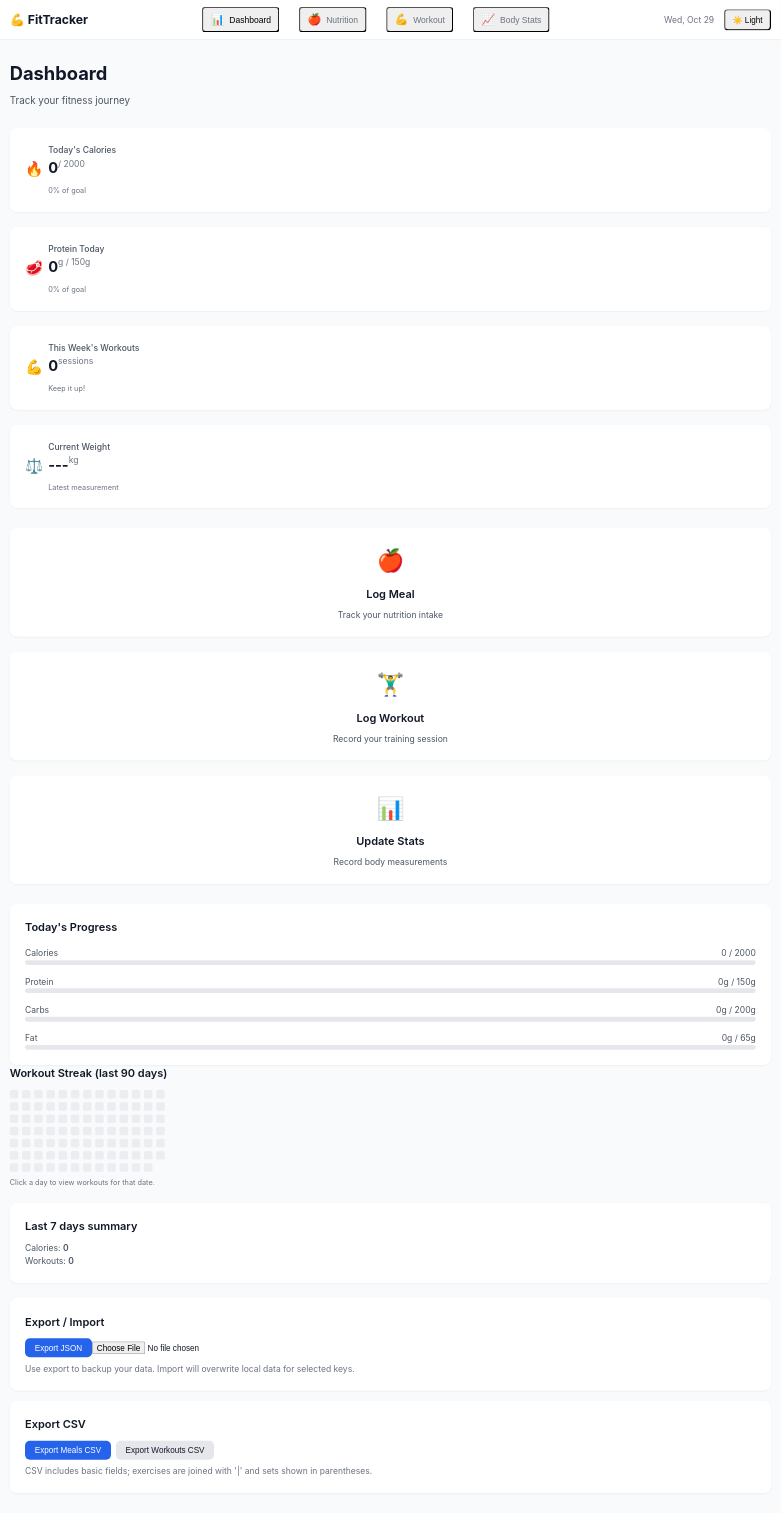
Repository: Apoorv888/Fitness-App
Page: /
An editor plug-in stored every save of this project. The page is shown before and after the next save, followed by the edit.
The browser window is 1280 px wide. The pictures show the whole page, at 61% of full size.
The project was rebuilt for these pictures with package versions that can differ from the ones it lists, and the page was loaded fresh each time. Also part of the build but not shown: vite.config.ts, src/components/MealForm.tsx, src/components/MealList.tsx, src/components/GoalsForm.tsx, src/components/NutritionCharts.tsx, src/pages/Nutrition.tsx, src/components/WorkoutForm.tsx, src/components/WorkoutList.tsx and 9 more.

Above is the page before, as saved 2025-10-31 10:33:50.

### index.html
<!doctype html>
<html lang="en">
  <head>
    <meta charset="UTF-8" />
    <link rel="icon" type="image/svg+xml" href="/vite.svg" />
    <meta name="viewport" content="width=device-width, initial-scale=1.0" />
    <title>fitness-app</title>
  </head>
  <body>
    <div id="root"></div>
    <script type="module" src="/src/main.tsx"></script>
  </body>
</html>

### src/main.tsx
import { StrictMode, useEffect } from 'react'
import { createRoot } from 'react-dom/client'
import './index.css'
import App from './App.tsx'
import { useMealStore } from './store/mealStore'
import { useWorkoutStore } from './store/workoutStore'
import { useBodyStatsStore } from './store/bodyStatsStore'
import { useGoalsStore } from './store/goalsStore'

function Boot() {
  const { loadMeals } = useMealStore();
  const { loadWorkouts } = useWorkoutStore();
  const { loadBodyStats } = useBodyStatsStore();
  const { loadGoals } = useGoalsStore();

  useEffect(() => {
    loadMeals();
    loadWorkouts();
    loadBodyStats();
    loadGoals();
  }, []);

  return <App />;
}

createRoot(document.getElementById('root')!).render(
  <StrictMode>
    <Boot />
  </StrictMode>,
)

### src/index.css
/* Basic CSS styles for the fitness app */

* {
  margin: 0;
  padding: 0;
  box-sizing: border-box;
}

/* Theme variables */
:root {
  --bg: #f9fafb;
  --text: #111827;
  --card-bg: #ffffff;
  --muted: #6b7280;
  --primary: #2563eb;
  --primary-600: #1d4ed8;
  --btn-secondary: #e5e7eb;
}

[data-theme='dark'] {
  --bg: #0b1220;
  --text: #e6eef8;
  --card-bg: #0f1724;
  --muted: #94a3b8;
  --primary: #60a5fa;
  --primary-600: #3b82f6;
  --btn-secondary: #1f2937;
}

body {
  font-family: -apple-system, BlinkMacSystemFont, 'Segoe UI', 'Roboto', 'Oxygen',
    'Ubuntu', 'Cantarell', 'Fira Sans', 'Droid Sans', 'Helvetica Neue',
    sans-serif;
  background-color: var(--bg);
  color: var(--text);
  line-height: 1.6;
}

/* Utility classes */
.card {
  background: var(--card-bg);
  border-radius: 12px;
  box-shadow: 0 1px 3px 0 rgba(0, 0, 0, 0.06);
  border: 1px solid rgba(255,255,255,0.03);
  padding: 24px;
}

.btn-primary {
  background-color: var(--primary);
  color: white;
  font-weight: 500;
  padding: 8px 16px;
  border-radius: 8px;
  border: none;
  cursor: pointer;
  transition: background-color 0.2s;
}

.btn-primary:hover {
  background-color: var(--primary-600);
}

.btn-secondary {
  background-color: var(--btn-secondary);
  color: var(--text);
  font-weight: 500;
  padding: 8px 16px;
  border-radius: 8px;
  border: none;
  cursor: pointer;
  transition: background-color 0.2s;
}

.btn-secondary:hover {
  filter: brightness(0.95);
}

.input-field {
  display: block;
  width: 100%;
  border-radius: 8px;
  border: 1px solid #d1d5db;
  box-shadow: 0 1px 2px 0 rgba(0, 0, 0, 0.05);
  padding: 8px 12px;
  font-size: 14px;
}

.input-field:focus {
  outline: none;
  border-color: #2563eb;
  box-shadow: 0 0 0 1px #2563eb;
}

/* Layout utilities */
.flex {
  display: flex;
}

.flex-col {
  flex-direction: column;
}

.items-center {
  align-items: center;
}

.justify-between {
  justify-content: space-between;
}

.space-x-2 > * + * {
  margin-left: 8px;
}

.space-x-4 > * + * {
  margin-left: 16px;
}

.space-x-8 > * + * {
  margin-left: 32px;
}

.space-y-4 > * + * {
  margin-top: 16px;
}

.space-y-6 > * + * {
  margin-top: 24px;
}

/* Grid utilities */
.grid {
  display: grid;
}

.grid-cols-1 {
  grid-template-columns: repeat(1, minmax(0, 1fr));
}

.grid-cols-2 {
  grid-template-columns: repeat(2, minmax(0, 1fr));
}

.grid-cols-3 {
  grid-template-columns: repeat(3, minmax(0, 1fr));
}

.grid-cols-4 {
  grid-template-columns: repeat(4, minmax(0, 1fr));
}

.gap-4 {
  gap: 16px;
}

.gap-6 {
  gap: 24px;
}

/* Responsive grid */
@media (min-width: 768px) {
  .md\\:grid-cols-2 {
    grid-template-columns: repeat(2, minmax(0, 1fr));
  }
  .md\\:grid-cols-3 {
    grid-template-columns: repeat(3, minmax(0, 1fr));
  }
}

@media (min-width: 1024px) {
  .lg\\:grid-cols-4 {
    grid-template-columns: repeat(4, minmax(0, 1fr));
  }
}

/* Text utilities */
.text-xs { font-size: 12px; }
.text-sm { font-size: 14px; }
.text-base { font-size: 16px; }
.text-lg { font-size: 18px; }
.text-xl { font-size: 20px; }
.text-2xl { font-size: 24px; }
.text-3xl { font-size: 30px; }
.text-4xl { font-size: 36px; }

.font-medium { font-weight: 500; }
.font-semibold { font-weight: 600; }
.font-bold { font-weight: 700; }

.text-gray-500 { color: #6b7280; }
.text-gray-600 { color: #4b5563; }
.text-gray-700 { color: #374151; }
.text-gray-800 { color: #1f2937; }
.text-gray-900 { color: #111827; }

.text-blue-600 { color: #2563eb; }
.text-blue-700 { color: #1d4ed8; }
.text-green-600 { color: #16a34a; }
.text-orange-600 { color: #ea580c; }
.text-purple-600 { color: #9333ea; }

/* Spacing utilities */
.p-2 { padding: 8px; }
.p-3 { padding: 12px; }
.p-4 { padding: 16px; }
.p-6 { padding: 24px; }
.p-8 { padding: 32px; }

.px-3 { padding-left: 12px; padding-right: 12px; }
.px-4 { padding-left: 16px; padding-right: 16px; }
.px-6 { padding-left: 24px; padding-right: 24px; }
.px-8 { padding-left: 32px; padding-right: 32px; }

.py-2 { padding-top: 8px; padding-bottom: 8px; }
.py-4 { padding-top: 16px; padding-bottom: 16px; }
.py-8 { padding-top: 32px; padding-bottom: 32px; }
.py-12 { padding-top: 48px; padding-bottom: 48px; }

.mt-2 { margin-top: 8px; }
.mt-4 { margin-top: 16px; }
.mb-2 { margin-bottom: 8px; }
.mb-3 { margin-bottom: 12px; }
.mb-4 { margin-bottom: 16px; }
.mb-8 { margin-bottom: 32px; }

/* Layout utilities */
.w-full { width: 100%; }
.h-2 { height: 8px; }
.h-16 { height: 64px; }
.min-h-screen { min-height: 100vh; }
.max-w-7xl { max-width: 1280px; }
.mx-auto { margin-left: auto; margin-right: auto; }

/* Background utilities */
.bg-white { background-color: white; }
.bg-gray-50 { background-color: #f9fafb; }
.bg-gray-200 { background-color: #e5e7eb; }
.bg-blue-50 { background-color: #eff6ff; }
.bg-orange-500 { background-color: #f97316; }
.bg-green-500 { background-color: #22c55e; }
.bg-blue-500 { background-color: #3b82f6; }
.bg-purple-500 { background-color: #a855f7; }

/* Border utilities */
.border { border-width: 1px; }
.border-b { border-bottom-width: 1px; }
.border-b-2 { border-bottom-width: 2px; }
.border-gray-200 { border-color: #e5e7eb; }
.border-blue-600 { border-color: #2563eb; }
.rounded-md { border-radius: 6px; }
.rounded-lg { border-radius: 8px; }
.rounded-xl { border-radius: 12px; }
.rounded-full { border-radius: 9999px; }

/* Shadow utilities */
.shadow-sm { box-shadow: 0 1px 2px 0 rgba(0, 0, 0, 0.05); }
.shadow-md {
  box-shadow: 0 4px 6px -1px rgba(0, 0, 0, 0.1), 0 2px 4px -1px rgba(0, 0, 0, 0.06);
}

/* Transition utilities */
.transition-colors { transition-property: color, background-color, border-color; }
.transition-shadow { transition-property: box-shadow; }
.transition-all { transition-property: all; }
.duration-200 { transition-duration: 200ms; }
.duration-300 { transition-duration: 300ms; }

/* Hover utilities */
.hover\\:bg-gray-50:hover { background-color: #f9fafb; }
.hover\\:bg-gray-300:hover { background-color: #d1d5db; }
.hover\\:text-gray-700:hover { color: #374151; }
.hover\\:shadow-md:hover {
  box-shadow: 0 4px 6px -1px rgba(0, 0, 0, 0.1), 0 2px 4px -1px rgba(0, 0, 0, 0.06);
}

/* Cursor utilities */
.cursor-pointer { cursor: pointer; }

/* Text alignment */
.text-center { text-align: center; }

### src/App.tsx
import React, { useState } from 'react';
import { Navbar } from './components/Navbar';
import { Dashboard } from './pages/Dashboard';
import { Nutrition } from './pages/Nutrition';
import { Workout } from './pages/Workout';
import { BodyStats } from './pages/BodyStats';
import './App.css';

function App() {
  const [activeTab, setActiveTab] = useState('dashboard');

  // Listen for external navigation requests (CustomEvent 'request-nav')
  React.useEffect(() => {
    const handler = (e: any) => {
      const tab = e?.detail?.tab;
      if (tab) setActiveTab(tab);
    };
    window.addEventListener('request-nav', handler as EventListener);
    return () => window.removeEventListener('request-nav', handler as EventListener);
  }, []);

  const renderActiveTab = () => {
    switch (activeTab) {
      case 'dashboard':
        return <Dashboard />;
      case 'nutrition':
        return <Nutrition />;
      case 'workout':
        return <Workout />;
      case 'stats':
        return <BodyStats />;
      default:
        return <Dashboard />;
    }
  };

  return (
    <div className="min-h-screen bg-gray-50">
      <Navbar activeTab={activeTab} onTabChange={setActiveTab} />
      <main>
        {renderActiveTab()}
      </main>
    </div>
  );
}

export default App;

### src/store/mealStore.ts
import { create } from 'zustand';
import { v4 as uuidv4 } from 'uuid';
import type { Meal } from '../types';
import { saveToStorage, loadFromStorage } from '../utils/helpers';
import { STORAGE_KEYS } from '../utils/constants';

interface MealStore {
  meals: Meal[];
  addMeal: (meal: Omit<Meal, 'id' | 'createdAt'>) => void;
  deleteMeal: (id: string) => void;
  updateMeal: (id: string, updates: Partial<Meal>) => void;
  getMealsByDate: (date: string) => Meal[];
  getTodayMacros: () => { calories: number; protein: number; carbs: number; fat: number };
  loadMeals: () => void;
}

export const useMealStore = create<MealStore>((set, get) => ({
  meals: [],

  addMeal: (mealData) => {
    const newMeal: Meal = {
      ...mealData,
      id: uuidv4(),
      createdAt: new Date(),
    };

    const updatedMeals = [...get().meals, newMeal];
    set({ meals: updatedMeals });
    saveToStorage(STORAGE_KEYS.MEALS, updatedMeals);
  },

  deleteMeal: (id) => {
    const updatedMeals = get().meals.filter(meal => meal.id !== id);
    set({ meals: updatedMeals });
    saveToStorage(STORAGE_KEYS.MEALS, updatedMeals);
  },

  updateMeal: (id, updates) => {
    const updatedMeals = get().meals.map(meal =>
      meal.id === id ? { ...meal, ...updates } : meal
    );
    set({ meals: updatedMeals });
    saveToStorage(STORAGE_KEYS.MEALS, updatedMeals);
  },

  getMealsByDate: (date) => {
    return get().meals.filter(meal => meal.date === date);
  },

  getTodayMacros: () => {
    const today = new Date().toISOString().split('T')[0];
    const todayMeals = get().getMealsByDate(today);

    return todayMeals.reduce(
      (totals, meal) => ({
        calories: totals.calories + meal.calories,
        protein: totals.protein + meal.protein,
        carbs: totals.carbs + meal.carbs,
        fat: totals.fat + meal.fat,
      }),
      { calories: 0, protein: 0, carbs: 0, fat: 0 }
    );
  },

  loadMeals: () => {
    const storedMeals = loadFromStorage(STORAGE_KEYS.MEALS);
    if (storedMeals) {
      set({ meals: storedMeals });
    }
  },
}));

### src/store/workoutStore.ts
import { create } from 'zustand';
import { v4 as uuidv4 } from 'uuid';
import type { Workout } from '../types';
import { saveToStorage, loadFromStorage } from '../utils/helpers';
import { STORAGE_KEYS } from '../utils/constants';

interface WorkoutStore {
  workouts: Workout[];
  addWorkout: (workout: Omit<Workout, 'id' | 'createdAt'>) => void;
  deleteWorkout: (id: string) => void;
  updateWorkout: (id: string, updates: Partial<Workout>) => void;
  getWorkoutsByDate: (date: string) => Workout[];
  getWorkoutsByWeek: (startDate: string) => Workout[];
  loadWorkouts: () => void;
}

export const useWorkoutStore = create<WorkoutStore>((set, get) => ({
  workouts: [],

  addWorkout: (workoutData) => {
    const newWorkout: Workout = {
      ...workoutData,
      id: uuidv4(),
      createdAt: new Date(),
    };

    const updatedWorkouts = [...get().workouts, newWorkout];
    set({ workouts: updatedWorkouts });
    saveToStorage(STORAGE_KEYS.WORKOUTS, updatedWorkouts);
  },

  deleteWorkout: (id) => {
    const updatedWorkouts = get().workouts.filter(workout => workout.id !== id);
    set({ workouts: updatedWorkouts });
    saveToStorage(STORAGE_KEYS.WORKOUTS, updatedWorkouts);
  },

  updateWorkout: (id, updates) => {
    const updatedWorkouts = get().workouts.map(workout =>
      workout.id === id ? { ...workout, ...updates } : workout
    );
    set({ workouts: updatedWorkouts });
    saveToStorage(STORAGE_KEYS.WORKOUTS, updatedWorkouts);
  },

  getWorkoutsByDate: (date) => {
    return get().workouts.filter(workout => workout.date === date);
  },

  getWorkoutsByWeek: (startDate) => {
    const start = new Date(startDate);
    const end = new Date(start);
    end.setDate(start.getDate() + 6);

    return get().workouts.filter(workout => {
      const workoutDate = new Date(workout.date);
      return workoutDate >= start && workoutDate <= end;
    });
  },

  loadWorkouts: () => {
    const storedWorkouts = loadFromStorage(STORAGE_KEYS.WORKOUTS);
    if (storedWorkouts) {
      set({ workouts: storedWorkouts });
    }
  },
}));

### src/store/goalsStore.ts
import { create } from 'zustand';
import type { UserGoals } from '../types';
import { saveToStorage, loadFromStorage } from '../utils/helpers';
import { STORAGE_KEYS } from '../utils/constants';

interface UserGoalsStore {
  goals: UserGoals;
  updateGoals: (updates: Partial<UserGoals>) => void;
  loadGoals: () => void;
}

const defaultGoals: UserGoals = {
  dailyCalories: 2000,
  dailyProtein: 150,
  dailyCarbs: 200,
  dailyFat: 65,
  activityLevel: 1.375, // Lightly active
  goal: 'maintain',
};

export const useGoalsStore = create<UserGoalsStore>((set, get) => ({
  goals: defaultGoals,

  updateGoals: (updates) => {
    const updatedGoals = { ...get().goals, ...updates };
    set({ goals: updatedGoals });
    saveToStorage(STORAGE_KEYS.USER_GOALS, updatedGoals);
  },

  loadGoals: () => {
    const storedGoals = loadFromStorage(STORAGE_KEYS.USER_GOALS);
    if (storedGoals) {
      set({ goals: { ...defaultGoals, ...storedGoals } });
    }
  },
}));

### src/components/Navbar.tsx
import React from 'react';
import { useTheme } from '../hooks/useTheme';

interface NavbarProps {
  activeTab: string;
  onTabChange: (tab: string) => void;
}

const navItems = [
  { id: 'dashboard', label: 'Dashboard', icon: '📊' },
  { id: 'nutrition', label: 'Nutrition', icon: '🍎' },
  { id: 'workout', label: 'Workout', icon: '💪' },
  { id: 'stats', label: 'Body Stats', icon: '📈' },
];

export const Navbar: React.FC<NavbarProps> = ({ activeTab, onTabChange }) => {
  const { theme, toggle } = useTheme();
  return (
    <nav className="shadow-sm border-b border-gray-200" style={{ background: 'var(--card-bg)' }}>
      <div className="max-w-7xl mx-auto px-4 sm:px-6 lg:px-8">
        <div className="flex justify-between h-16">
          <div className="flex items-center">
            <div className="flex-shrink-0">
              <h1 className="text-xl font-bold text-primary-600">
                💪 FitTracker
              </h1>
            </div>
          </div>

          <div className="flex items-center space-x-8">
            {navItems.map((item) => (
              <button
                key={item.id}
                onClick={() => onTabChange(item.id)}
                className={`flex items-center space-x-2 px-3 py-2 rounded-md text-sm font-medium transition-colors duration-200 ${
                  activeTab === item.id
                    ? 'bg-primary-50 text-primary-700 border-b-2 border-primary-600'
                    : 'text-gray-500 hover:text-gray-700 hover:bg-gray-50'
                }`}
              >
                <span className="text-lg">{item.icon}</span>
                <span>{item.label}</span>
              </button>
            ))}
          </div>

          <div className="flex items-center space-x-4">
            <div className="text-sm" style={{ color: 'var(--muted)' }}>
              {new Date().toLocaleDateString('en-US', {
                weekday: 'short', month: 'short', day: 'numeric'
              })}
            </div>

            <button onClick={toggle} className="px-3 py-2 rounded-md" aria-label="Toggle theme">
              {theme === 'dark' ? '🌙 Dark' : '☀️ Light'}
            </button>
          </div>
        </div>
      </div>
    </nav>
  );
};

### src/utils/helpers.ts
// Date utilities
import { format, startOfWeek, endOfWeek, eachDayOfInterval, isToday } from 'date-fns';

export const formatDate = (date: Date) => format(date, 'yyyy-MM-dd');
export const formatDisplayDate = (date: Date) => format(date, 'MMM dd, yyyy');
export const formatTime = (date: Date) => format(date, 'HH:mm');

export const getWeekDays = (date: Date) => {
  const start = startOfWeek(date, { weekStartsOn: 1 }); // Monday
  const end = endOfWeek(date, { weekStartsOn: 1 });
  return eachDayOfInterval({ start, end });
};

export const isTodayDate = (date: Date) => isToday(date);

// Calculate BMI
export const calculateBMI = (weight: number, height: number) => {
  return (weight / (height * height)) * 10000; // height in cm
};

// Calculate calories needed for goal
export const calculateCalorieGoal = (
  weight: number,
  height: number,
  age: number,
  gender: 'male' | 'female',
  activityLevel: number,
  goal: 'lose' | 'maintain' | 'gain'
) => {
  // Mifflin-St Jeor Equation
  let bmr;
  if (gender === 'male') {
    bmr = 10 * weight + 6.25 * height - 5 * age + 5;
  } else {
    bmr = 10 * weight + 6.25 * height - 5 * age - 161;
  }

  const tdee = bmr * activityLevel;

  switch (goal) {
    case 'lose':
      return Math.round(tdee - 500); // 1 lb per week
    case 'gain':
      return Math.round(tdee + 500); // 1 lb per week
    default:
      return Math.round(tdee);
  }
};

// Format numbers
export const formatNumber = (num: number, decimals: number = 1) => {
  return Number(num.toFixed(decimals));
};

// Local storage helpers
export const saveToStorage = (key: string, data: any) => {
  localStorage.setItem(key, JSON.stringify(data));
};

export const loadFromStorage = (key: string) => {
  const stored = localStorage.getItem(key);
  return stored ? JSON.parse(stored) : null;
};

### src/utils/constants.ts
// App constants
export const STORAGE_KEYS = {
  MEALS: 'fitness-app-meals',
  WORKOUTS: 'fitness-app-workouts',
  BODY_STATS: 'fitness-app-body-stats',
  USER_GOALS: 'fitness-app-user-goals',
} as const;

export const ACTIVITY_LEVELS = {
  SEDENTARY: 1.2,
  LIGHTLY_ACTIVE: 1.375,
  MODERATELY_ACTIVE: 1.55,
  VERY_ACTIVE: 1.725,
  EXTREMELY_ACTIVE: 1.9,
} as const;

export const WORKOUT_TYPES = [
  'Push',
  'Pull',
  'Legs',
  'Upper',
  'Lower',
  'Full Body',
  'Cardio',
  'Rest',
] as const;

export const MEAL_TYPES = [
  'Breakfast',
  'Lunch',
  'Dinner',
  'Snack',
] as const;

export const DEFAULT_MACRO_RATIOS = {
  protein: 0.3,
  carbs: 0.4,
  fat: 0.3,
} as const;

export const BODY_MEASUREMENT_TYPES = [
  'weight',
  'bodyFat',
  'muscle',
  'waist',
  'chest',
  'arms',
  'thighs',
] as const;

export type WorkoutType = typeof WORKOUT_TYPES[number];
export type MealType = typeof MEAL_TYPES[number];
export type BodyMeasurementType = typeof BODY_MEASUREMENT_TYPES[number];

### src/hooks/useTheme.ts
import { useEffect, useState } from 'react';

const STORAGE_KEY = 'fitness-app-theme';

export const useTheme = () => {
  const [theme, setTheme] = useState<'light' | 'dark'>(() => {
    try {
      const stored = localStorage.getItem(STORAGE_KEY);
      if (stored === 'dark' || stored === 'light') return stored;
    } catch (_) {}
    // default follow prefers-color-scheme
    if (typeof window !== 'undefined' && window.matchMedia && window.matchMedia('(prefers-color-scheme: dark)').matches) {
      return 'dark';
    }
    return 'light';
  });

  useEffect(() => {
    try { localStorage.setItem(STORAGE_KEY, theme); } catch (_) {}
    if (theme === 'dark') {
      document.documentElement.setAttribute('data-theme', 'dark');
    } else {
      document.documentElement.removeAttribute('data-theme');
    }
  }, [theme]);

  const toggle = () => setTheme(t => t === 'dark' ? 'light' : 'dark');

  return { theme, setTheme, toggle } as const;
};

### src/components/StatCard.tsx
import React from 'react';

interface StatCardProps {
  title: string;
  value: string | number;
  unit?: string;
  icon: string;
  trend?: 'up' | 'down' | 'stable';
  subtitle?: string;
  color?: 'blue' | 'green' | 'orange' | 'purple';
}

export const StatCard: React.FC<StatCardProps> = ({
  title,
  value,
  unit,
  icon,
  trend,
  subtitle,
  color = 'blue'
}) => {
  const trendIcons = {
    up: '↗️',
    down: '↘️',
    stable: '➡️',
  };

  return (
    <div className="card hover:shadow-md transition-shadow">
      <div className="flex items-center justify-between">
        <div className="flex items-center space-x-2">
          <div className="text-2xl">{icon}</div>
          <div>
            <h3 className="text-sm font-medium text-gray-600">{title}</h3>
            <div className="flex items-baseline space-x-1">
              <span className="text-2xl font-bold text-gray-900">{value}</span>
              {unit && <span className="text-sm text-gray-500">{unit}</span>}
            </div>
            {subtitle && (
              <p className="text-xs text-gray-500 mt-2">{subtitle}</p>
            )}
          </div>
        </div>

        {trend && (
          <div className="text-lg">
            {trendIcons[trend]}
          </div>
        )}
      </div>
    </div>
  );
};

Loaded but not shown: src/pages/Dashboard.tsx (204 lines, source omitted); src/components/ExportImport.tsx (94 lines, source omitted); src/components/WorkoutHeatmap.tsx (96 lines, source omitted); src/components/ExportCSV.tsx (49 lines, source omitted); src/store/bodyStatsStore.ts (75 lines, source omitted)

After the next save:
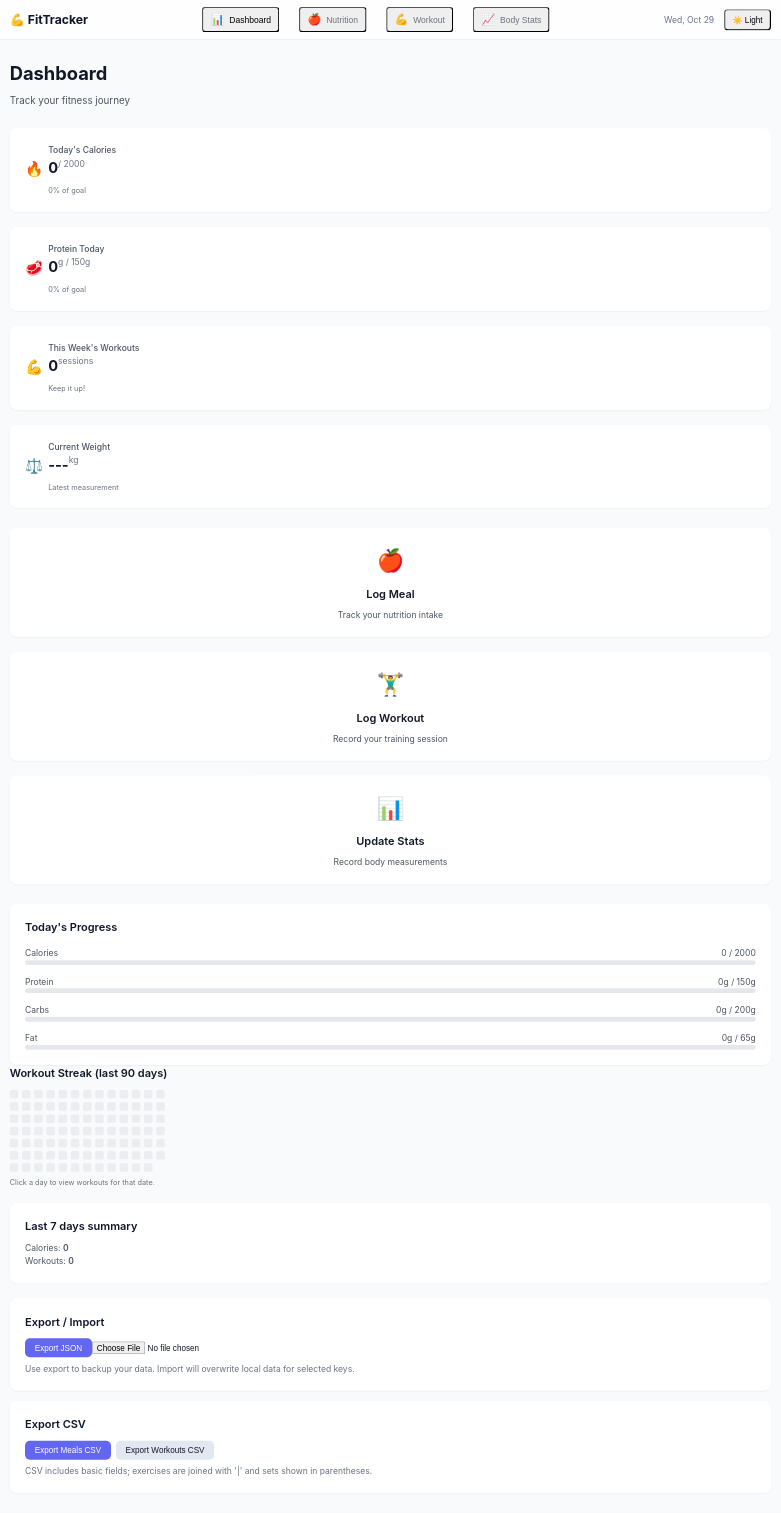
Saved 9 h 19 min later.
--- a/src/index.css
+++ b/src/index.css
@@ -8,23 +8,47 @@
 
 /* Theme variables */
 :root {
-  --bg: #f9fafb;
-  --text: #111827;
-  --card-bg: #ffffff;
-  --muted: #6b7280;
-  --primary: #2563eb;
-  --primary-600: #1d4ed8;
-  --btn-secondary: #e5e7eb;
+  --bg: #f8fafc;
+  --bg-gradient: linear-gradient(135deg, #667eea 0%, #764ba2 100%);
+  --text: #0f172a;
+  --text-secondary: #475569;
+  --card-bg: rgba(255, 255, 255, 0.9);
+  --card-border: rgba(148, 163, 184, 0.1);
+  --muted: #64748b;
+  --primary: #6366f1;
+  --primary-600: #4f46e5;
+  --primary-glow: rgba(99, 102, 241, 0.3);
+  --btn-secondary: #e2e8f0;
+  --accent-orange: #f97316;
+  --accent-green: #10b981;
+  --accent-purple: #a855f7;
+  --accent-cyan: #06b6d4;
+  --shadow-sm: 0 2px 8px rgba(0, 0, 0, 0.04);
+  --shadow-md: 0 8px 24px rgba(0, 0, 0, 0.08);
+  --shadow-lg: 0 20px 40px rgba(0, 0, 0, 0.12);
+  --backdrop-blur: blur(16px);
 }
 
 [data-theme='dark'] {
-  --bg: #0b1220;
-  --text: #e6eef8;
-  --card-bg: #0f1724;
+  --bg: #020617;
+  --bg-gradient: linear-gradient(135deg, #1e1b4b 0%, #312e81 50%, #1e3a8a 100%);
+  --text: #f1f5f9;
+  --text-secondary: #94a3b8;
+  --card-bg: rgba(15, 23, 42, 0.6);
+  --card-border: rgba(148, 163, 184, 0.1);
   --muted: #94a3b8;
-  --primary: #60a5fa;
-  --primary-600: #3b82f6;
-  --btn-secondary: #1f2937;
+  --primary: #818cf8;
+  --primary-600: #6366f1;
+  --primary-glow: rgba(129, 140, 248, 0.4);
+  --btn-secondary: rgba(30, 41, 59, 0.8);
+  --accent-orange: #fb923c;
+  --accent-green: #34d399;
+  --accent-purple: #c084fc;
+  --accent-cyan: #22d3ee;
+  --shadow-sm: 0 2px 12px rgba(0, 0, 0, 0.3);
+  --shadow-md: 0 8px 32px rgba(0, 0, 0, 0.4);
+  --shadow-lg: 0 20px 60px rgba(0, 0, 0, 0.5);
+  --backdrop-blur: blur(20px);
 }
 
 body {
